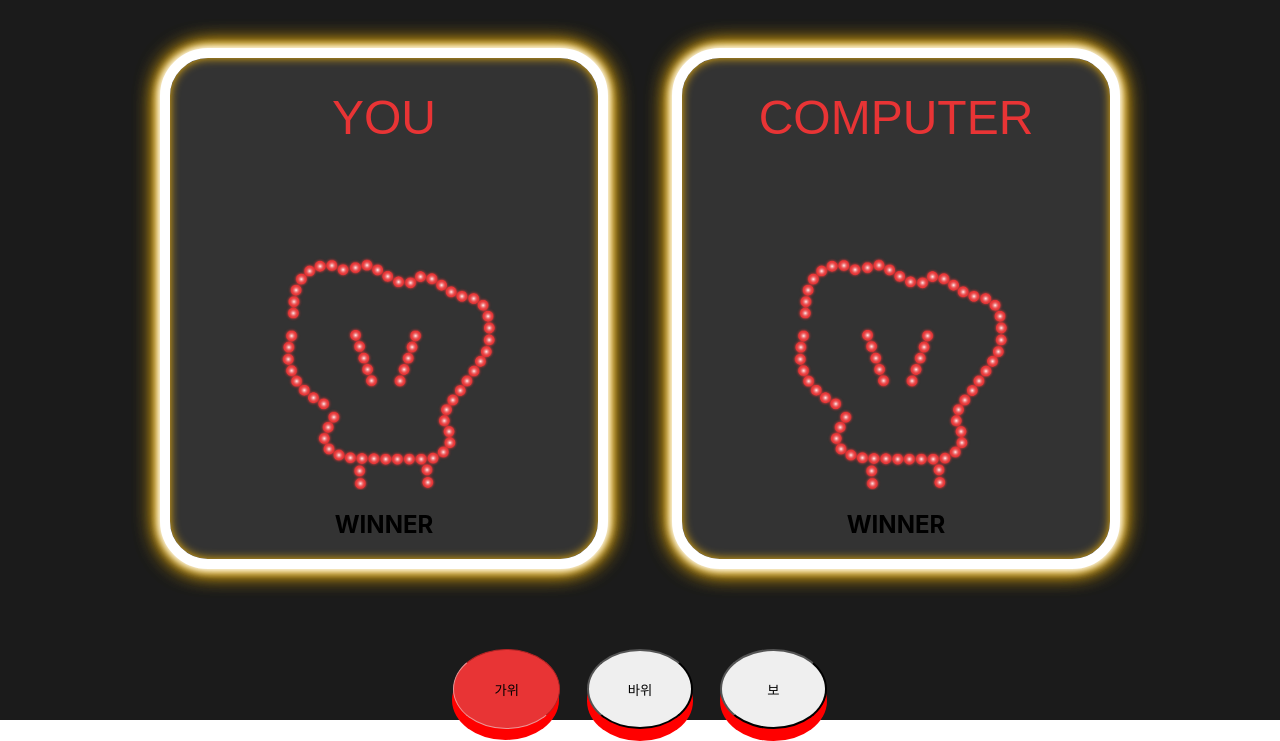
Repository: KIMMIHYE12/classComponent
Page: /
The author's editor kept a copy of each file at every save. The page is drawn from the files as they stood at one save, then again after the next save.
The browser window is 1280 px wide. The pictures show the whole page.
Some web fonts or font styles are not loaded; a fallback is used. The project was rebuilt for these pictures with package versions that can differ from the ones it lists, and the page was loaded fresh each time.

Above is the page before, as saved 2024-03-18 23:04:37.

### src/App.js
import "./App.css";
import { Box } from "./component/Box";

function App() {
  return (
    <div className='content'>
      <div className='game_screen'>
        <Box title='YOU' />
        <Box title='COMPUTER' />
      </div>
      <div className='btn_wrap'>
        <button className='scissor'>가위</button>
        <button className='rock'>바위</button>
        <button className='paper'>보</button>
      </div>
    </div>
  );
}

export default App;

### src/App.css
@import url("https://use.typekit.net/ebb2deg.css");

* {
  box-sizing: border-box;
}

.content {
  height: 100vh;
  padding: 3em 0;
  background-color: #1b1b1b;
}

.game_screen {
  width: 100%;
  display: flex;
  justify-content: center;
}

.box {
  width: 35%;
  display: flex;
  flex-direction: column;
  align-items: center;
  margin: 0 2em;
  border: 10px solid #fff;
  background: #333;
  border-radius: 3rem;
  box-shadow: 0 0 10px #fff, 0 0 10px #fff, 0 0 24px #f5b70c, 0 0 16px #f5b70c,
    0 0 24px #f5b70c, inset 0 0 10px #f5b70c;
}

h1 {
  font-size: 3em;
  color: #e83435;
  font-family: "gloridot", sans-serif;
  font-weight: 400;
  font-style: normal;
}

img {
  width: 70%;
}

.btn_wrap {
  position: relative;
  margin-top: 5em;
  display: flex;
  justify-content: center;
  z-index: 1;
}

.btn_wrap button {
  position: relative;
  width: 8em;
  height: 6em;
  margin: 0 1em;
  border-radius: 50%;
  top: 0;
  outline: 0;
}

.btn_wrap button.scissor {
  background-color: #e83435;
  border-top: 1px solid #b12323;
  border-left: 1px solid #eb9696;
  border-right: 1px solid #b12323;
  border-bottom: 1px solid #eb9696;
}

.btn_wrap button:active:before {
  top: 6px;
  box-shadow: 0 3px 3px rgba(0, 0, 0, 0.7), 0 3px 9px rgba(0, 0, 0, 0.2);
}

.btn_wrap button:active {
  top: 4px;
}

.btn_wrap button:before {
  width: 8em;
  height: 6em;
  display: inline-block;
  content: "";
  position: absolute;
  top: 10px;
  left: -2px;
  right: 0;
  background: red;
  border-radius: 50%;
  z-index: -1;
}

### src/component/Box.js
import React from "react";

export const Box = (props) => {
  console.log(props);
  return (
    <div className='box'>
      <h1>{props.title}</h1>
      <img src='/images/rock.png' alt='바위' />
      <h2>WINNER</h2>
    </div>
  );
};

Loaded but not shown: public/index.html (common file); src/index.js (common file); src/index.css (common file); src/reportWebVitals.js (common file)

After the next save:
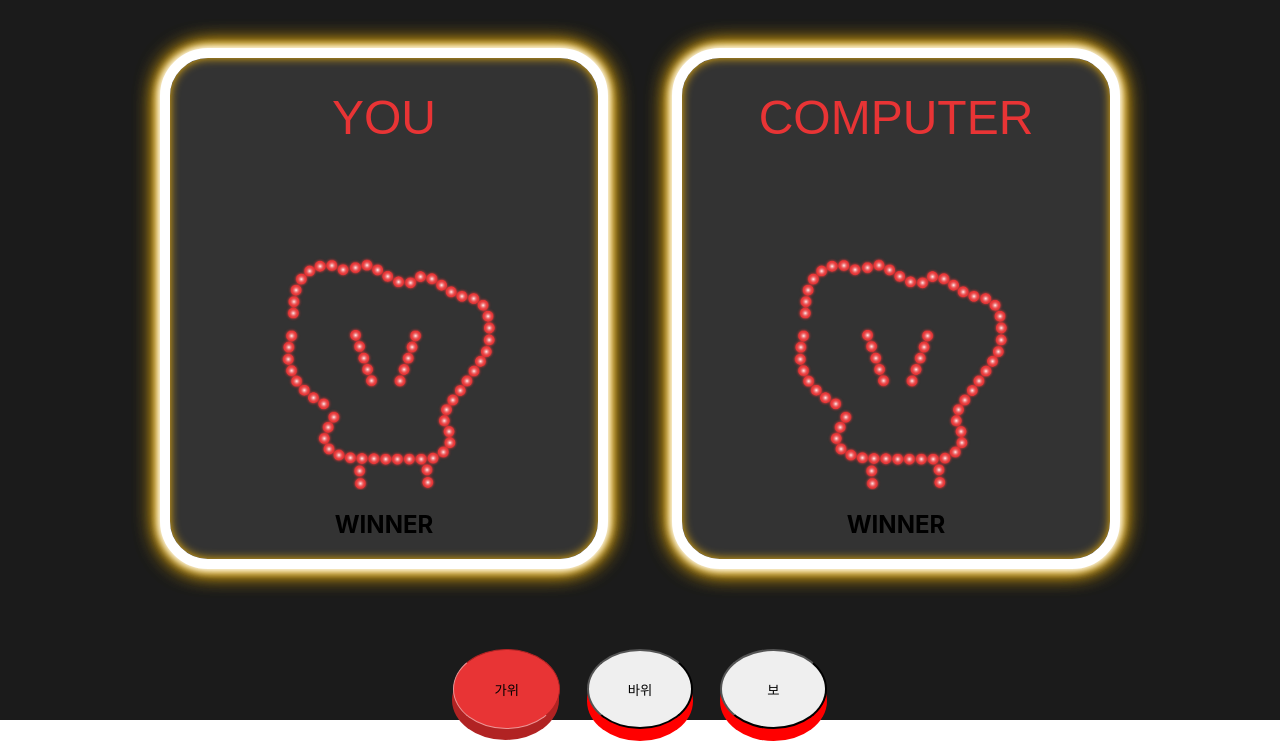
Saved 59 s later.
--- a/src/App.css
+++ b/src/App.css
@@ -89,3 +89,7 @@ img {
   border-radius: 50%;
   z-index: -1;
 }
+
+.btn_wrap button.scissor:before {
+  background: #b12323;
+}
